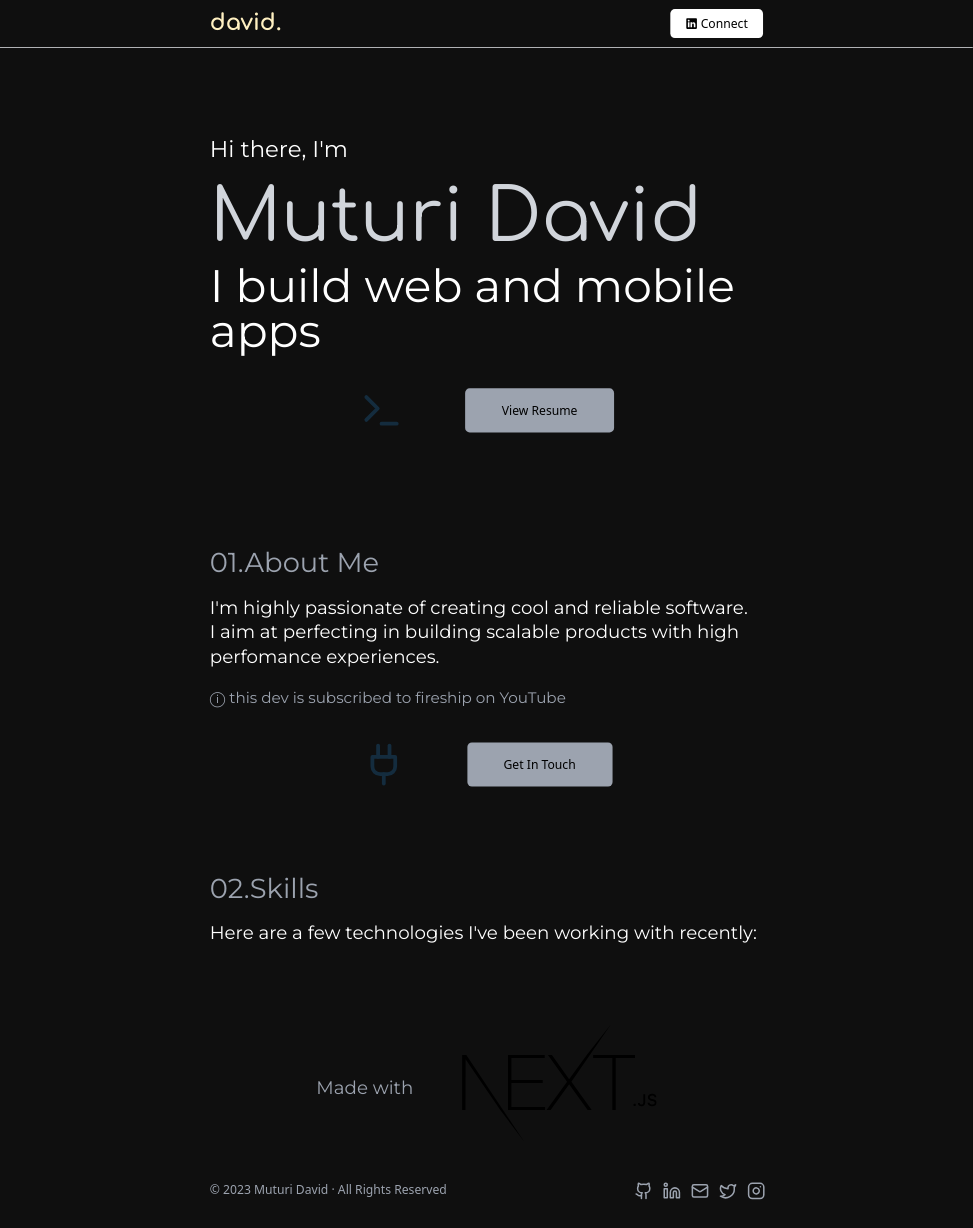
Repository: tushcmd/tushdev-portfolio
Page: /
An editor plug-in stored every save of this project. The page is shown before and after the next save, followed by the edit.
The browser window is 1280 px wide. The pictures show the whole page, at 76% of full size.
The project was rebuilt for these pictures with package versions that can differ from the ones it lists, and the page was loaded fresh each time. The framework's server and built-in components were replaced by stand-ins that run in the browser. Also part of the build but not shown: next.config.js.

Above is the page before, as saved 2023-12-16 02:20:17.

After the next save:
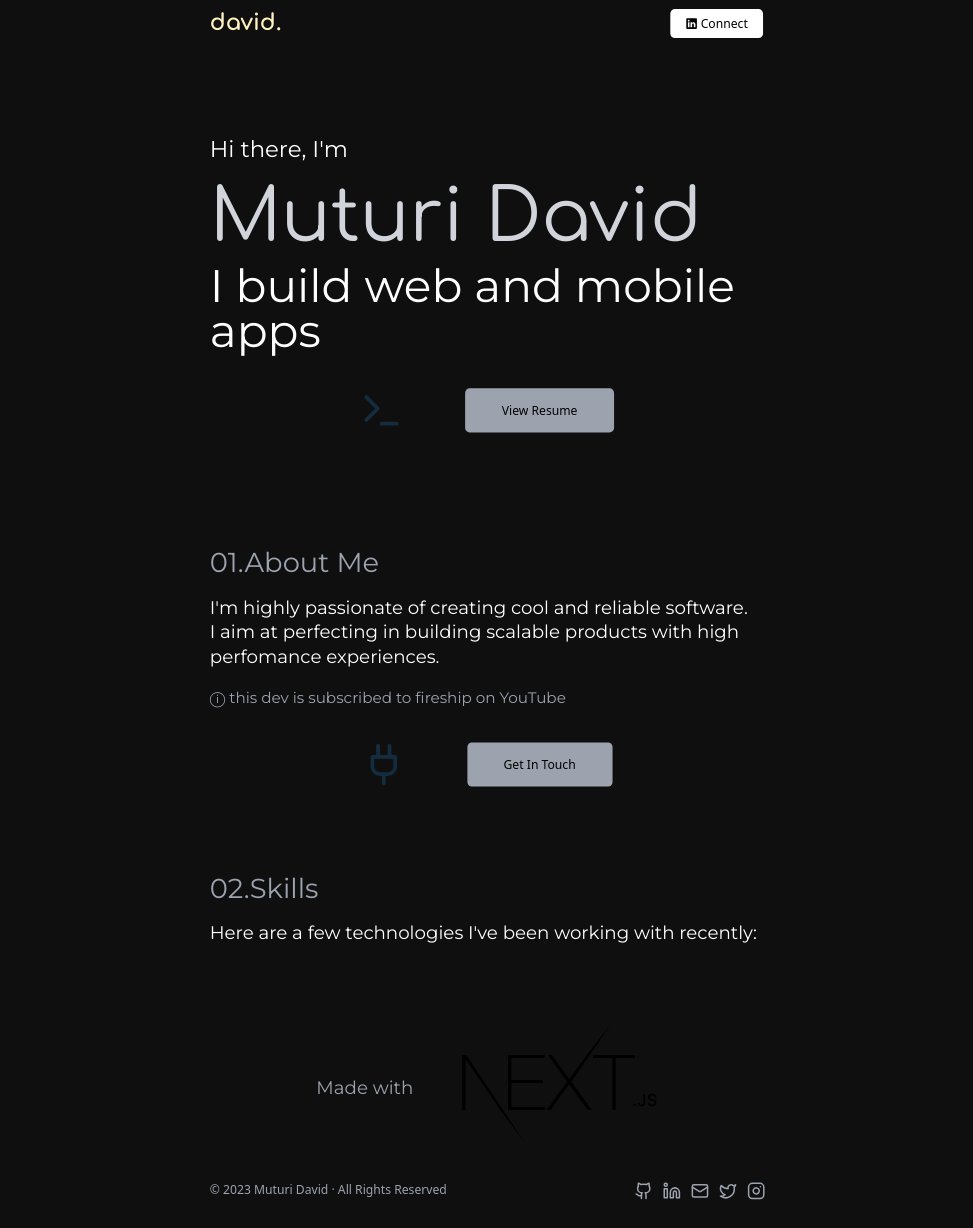
Saved 4 min 0 s later.
--- a/app/ui/nav.tsx
+++ b/app/ui/nav.tsx
@@ -9,7 +9,7 @@ export default function Navbar() {
     const handleScroll = () => {
       const header = document.getElementById('header');
 
-      if (header && window.scrollY > 250) {
+      if (header && window.scroll > 250) {
         header.classList.add('border-b-[0.5px]');
         header.classList.add('border-[#202020]')
         header.classList.add('shadow-xl');
